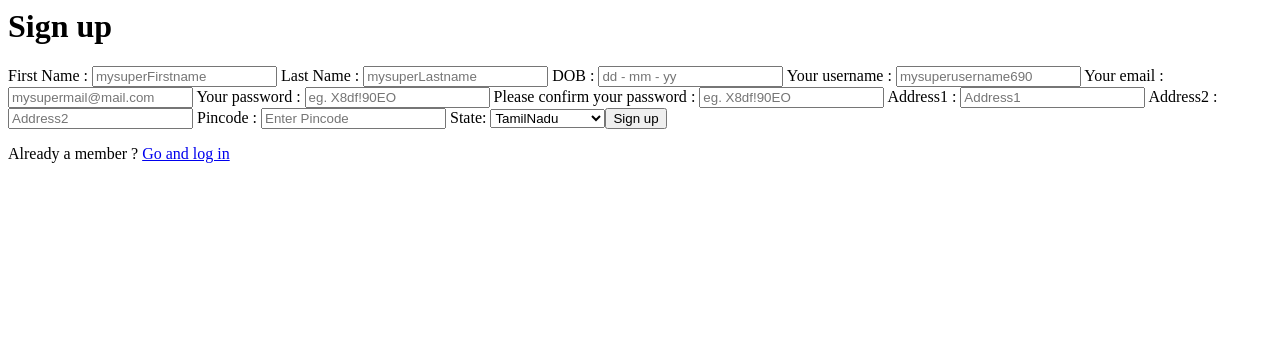
Repository: ravisudharsan/StarKart
Page: http://localhost/StarkartFrontend/WEB-INF/views/register.jsp
An editor plug-in stored every save of this project. The page is shown before and after the next save, followed by the edit.
The browser window is 1280 px wide. The pictures show the whole page.
The page is served by Tomcat 9. Nobody is signed in. Other server files are loaded and not shown. The template is opened directly, without the code that normally fills it, so the values that code supplies are empty.

Above is the page before, as saved 2016-10-26 05:15:08.

### StarkartFrontend/src/main/webapp/WEB-INF/views/register.jsp
<div id="register" class="animate form"></div>
			<form  action="mysuperscript.php" autocomplete="on"> </form>
				<h1> Sign up </h1>

					<tr>

					<td><label for="First Namesignup" class="Fname" data-icon="F">First Name</label></td>
					<td>:</td>
					<td><input id="First Namesignup" name="First Namesignup" required="required" type="text" placeholder="mysuperFirstname" /></td>
					</tr>
				 	<tr>
					<td><label for="Last Namesignup" class="Lname" data-icon="L">Last Name</label>
					<td>:</td>
					<td><input id="Last Namesignup" name="Last Namesignup" required="required" type="text" placeholder="mysuperLastname" />
					</tr>

                                 	<tr>

					<td><label for="DOBsignup" class="Lname" data-icon="L">DOB</label></td>
					<td>:</td>
					<td><input id="DOBsignup" name="DOBsignup" required="required" type="text" placeholder="dd - mm - yy" /></td>
					</tr>

					<tr>

					<td><label for="usernamesignup" class="uname" data-icon="u">Your username</label></td>
					<td>:</td>
					<td><input id="usernamesignup" name="usernamesignup" required="required" type="text" placeholder="mysuperusername690" /></td>
					</tr>

					<tr>

					<td><label for="emailsignup" class="youmail" data-icon="e" > Your email</label></td>
					<td>:</td>
					<td><input id="emailsignup" name="emailsignup" required="required" type="email" placeholder="mysupermail@mail.com"/> </td>
					</tr>

					<tr>

					<td><label for="passwordsignup" class="youpasswd" data-icon="p">Your password </label></td>
					<td>:</td>
					<td><input id="passwordsignup" name="passwordsignup" required="required" type="password" placeholder="eg. X8df!90EO"/></td>
					</tr>

					<tr>

					<td><label for="passwordsignup_confirm" class="youpasswd" data-icon="p">Please confirm your password </label></td>
					<td>:</td>
					<td><input id="passwordsignup_confirm" name="passwordsignup_confirm" required="required" type="password" placeholder="eg. X8df!90EO"/></td>
					</tr>

					<tr>

					<td><label for="Address1signup" class="Address1" data-icon="A1">Address1</label></td>
					<td>:</td>
					<td><input id="Address1signup" name="Address1signup" required="required" type="text" placeholder="Address1" /></td>
					</tr>

					<tr>

					<td><label for="Address2signup" class="Address2" data-icon="A1">Address2</label></td>
					<td>:</td>
					<td><input id="Address2signup" name="Address2signup" required="required" type="text" placeholder="Address2" /></td>
					</tr>

					<tr>

					<td><label for="Pincodesignup" class="Pincode" data-icon="A1">Pincode</label></td>
					<td>:</td>
					<td><input id="Pincodesignup" name="Pincodesignup" required="required" type="text" placeholder="Enter Pincode" /></td>
					</tr>

					<tr>

					<td> State</td>: <td><Select>
				<option value="TamilNadu">TamilNadu</option>
				<option value="Kerala">Kerala</option>
				<option value="Karnataka">Karnataka</option>
				<option value="AndhraPradesh">AndhraPradesh</option></td>
				</tr>
				<br>
<tr>
				<td><p class="signin button">
					<input type="submit" value="Sign up"/>
				</tr>
<tr>
				<td> <p class="#tologin">

					Already a member ?
					<a href="login" class="to_register"> Go and log in </a></td>
</tr>

After the next save:
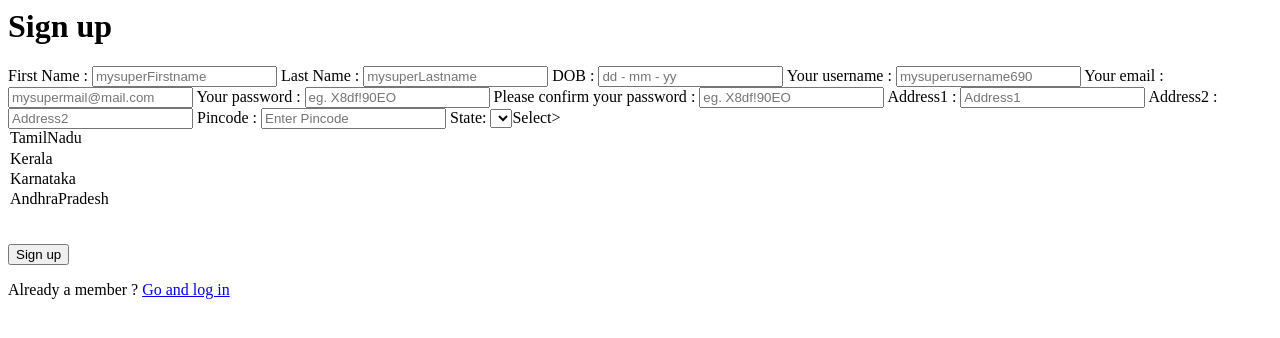
Saved 90 s later.
--- a/StarkartFrontend/src/main/webapp/WEB-INF/views/register.jsp
+++ b/StarkartFrontend/src/main/webapp/WEB-INF/views/register.jsp
@@ -72,7 +72,7 @@
 
 					<tr>
 
-					<td> State</td>: <td><Select>
+					<td> State</td><td>:</td> <td><Select></Select>Select>
 				<option value="TamilNadu">TamilNadu</option>
 				<option value="Kerala">Kerala</option>
 				<option value="Karnataka">Karnataka</option>
